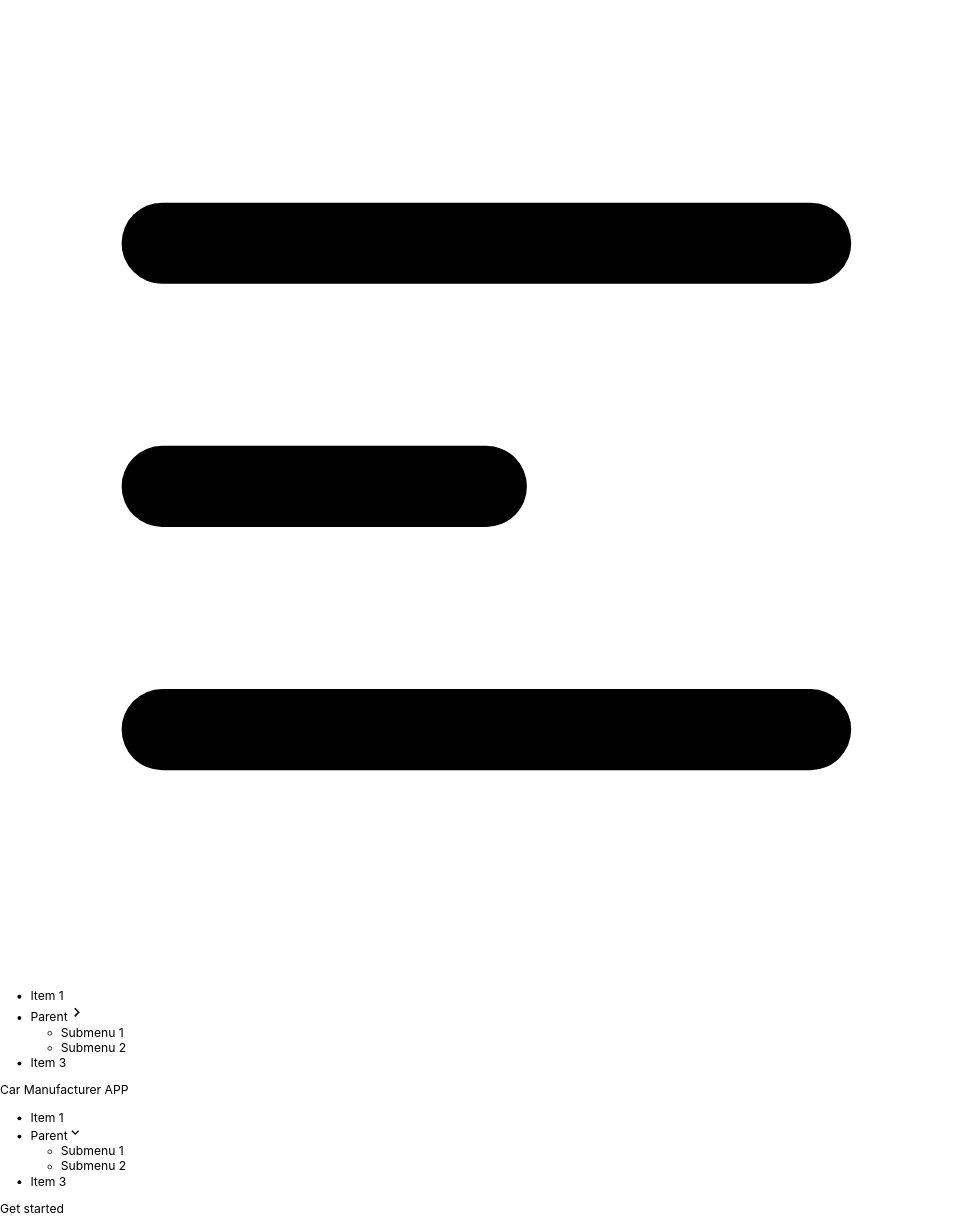
Repository: devsajid/car-manufacturer-app
Page: /
The author's editor kept a copy of each file at every save. The page is drawn from the files as they stood at one save, then again after a run of saves.
The browser window is 1280 px wide. The pictures show the whole page, at 76% of full size.
The project was rebuilt for these pictures with package versions that can differ from the ones it lists, and the page was loaded fresh each time. Also part of the build but not shown: src/App.css.

Above is the page before, as saved 2022-05-22 12:22:47.

After the next 2 saves:
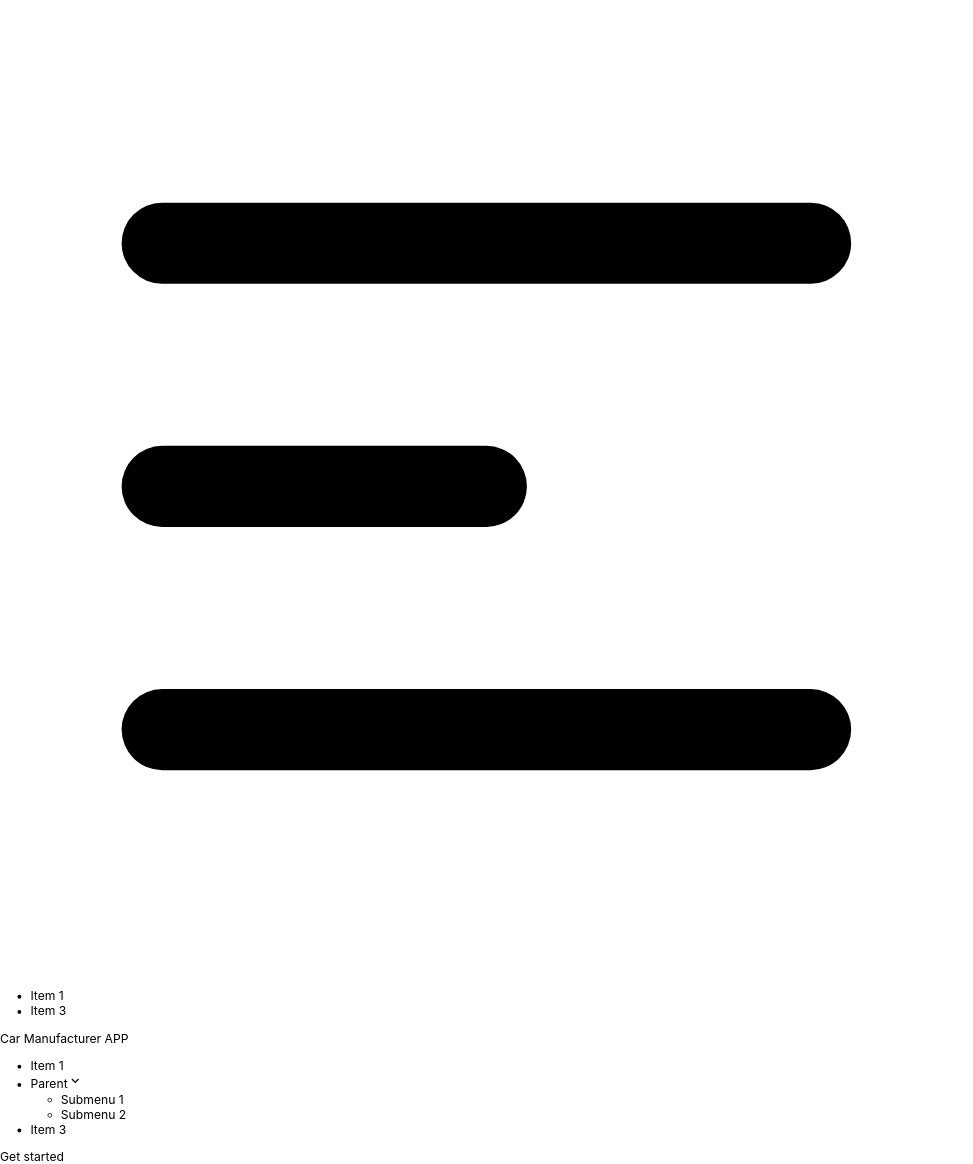
The 2 saves are shown as one change because they came seconds apart.
The last was saved 52 s later.
--- a/src/SharedComponents/Navbar/Navbar.js
+++ b/src/SharedComponents/Navbar/Navbar.js
@@ -28,28 +28,6 @@ const Navbar = () => {
             >
               <li>
                 <a>Item 1</a>
-              </li>
-              <li tabindex="0">
-                <a class="justify-between">
-                  Parent
-                  <svg
-                    class="fill-current"
-                    xmlns="http://www.w3.org/2000/svg"
-                    width="24"
-                    height="24"
-                    viewBox="0 0 24 24"
-                  >
-                    <path d="M8.59,16.58L13.17,12L8.59,7.41L10,6L16,12L10,18L8.59,16.58Z" />
-                  </svg>
-                </a>
-                <ul class="p-2">
-                  <li>
-                    <a>Submenu 1</a>
-                  </li>
-                  <li>
-                    <a>Submenu 2</a>
-                  </li>
-                </ul>
               </li>
               <li>
                 <a>Item 3</a>
